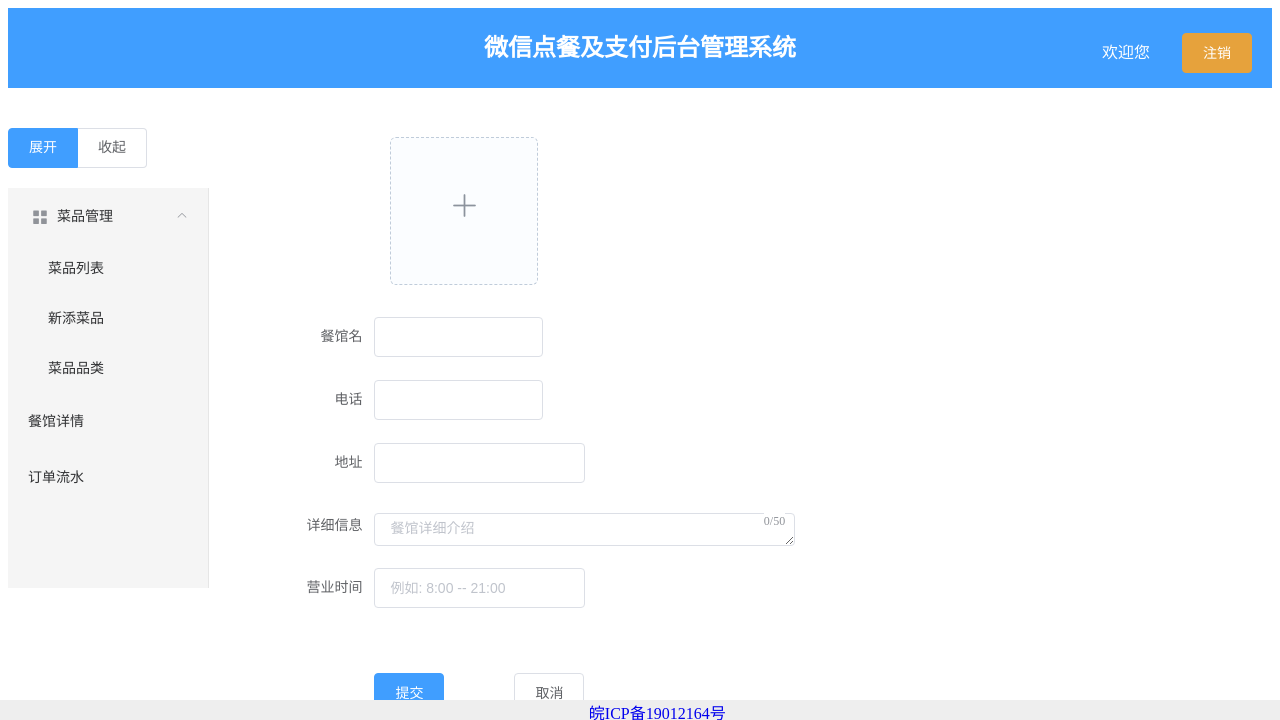
Repository: align-shi/order-web
Page: /pointpayment/hotelTable
These files come from the project's save history. The page is drawn as it stood at one moment and after the next save; the edit follows.
The browser window is 1280 px wide. The pictures show the whole page.
The page's requests for data from a server got no answer. The project was rebuilt for these pictures with package versions that can differ from the ones it lists, and the page was loaded fresh each time. No one was signed in, and anything a server would have sent is missing. Also part of the build but not shown: src/pages/login.vue.

Above is the page before, as saved 2020-03-11 22:04:34.

After the next save:
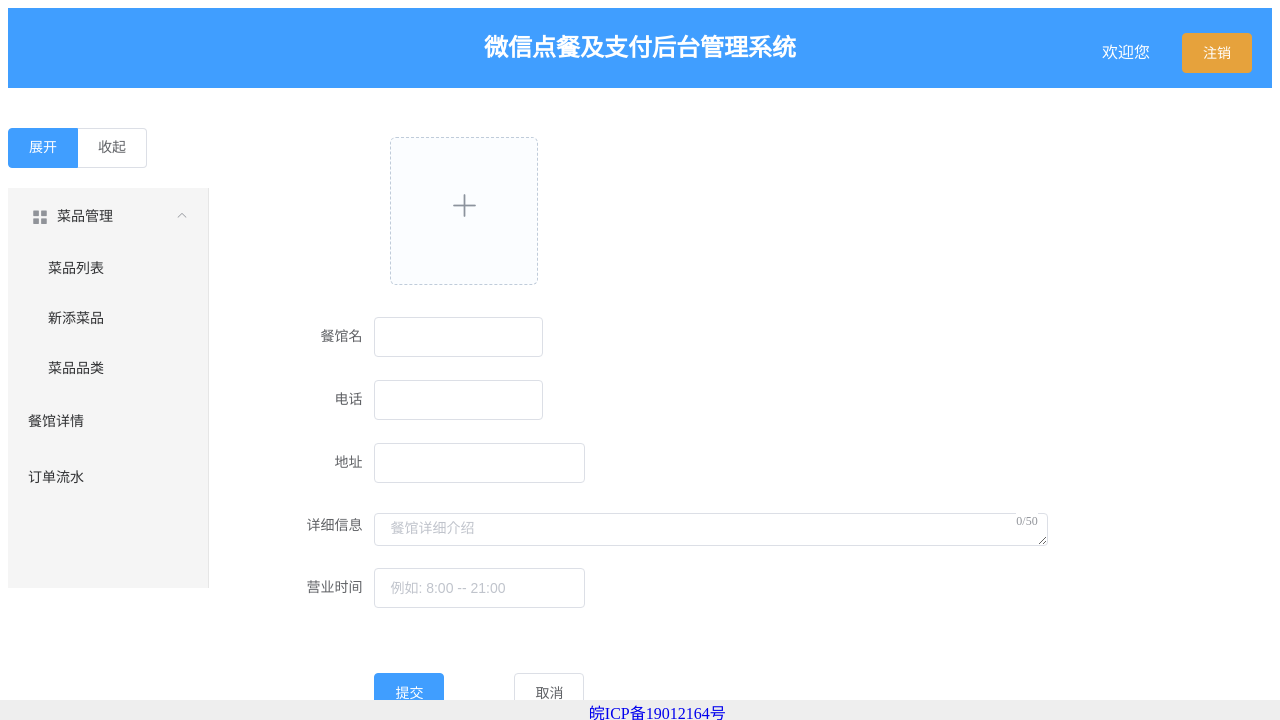
Saved 60 s later.
--- a/src/components/hotelTable.vue
+++ b/src/components/hotelTable.vue
@@ -31,7 +31,7 @@
 
             <el-form-item label="详细信息" prop="info">
                 <el-input type="textarea" v-model="form.info"
-                style="width:50%" autosize maxlength="50" show-word-limit placeholder="餐馆详细介绍">
+                style="width:80%" autosize maxlength="50" show-word-limit placeholder="餐馆详细介绍">
                 </el-input>
             </el-form-item>
 
